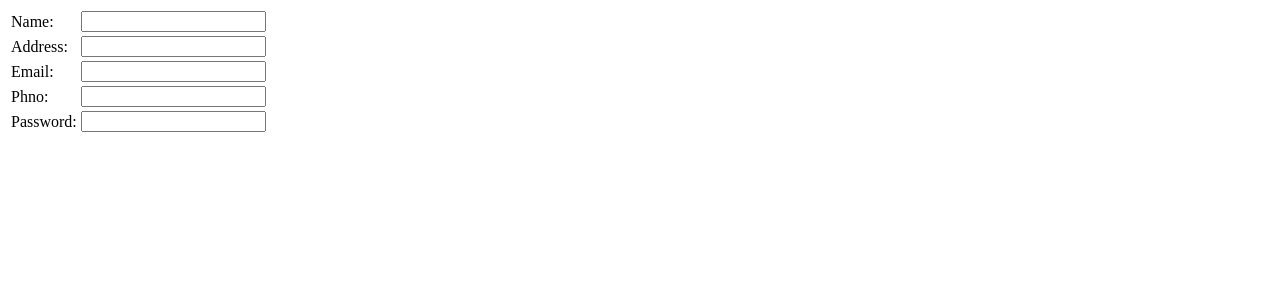
Repository: AjavinashAj/Spring_MVC
Page: http://localhost/UserForm/views/register.jsp
The author's editor kept a copy of each file at every save. The page is drawn from the files as they stood at one save, then again after the next save.
The browser window is 1280 px wide. The pictures show the whole page.
The page is served by Tomcat 9.

Above is the page before, as saved 2023-05-27 03:35:54.

After the next save:
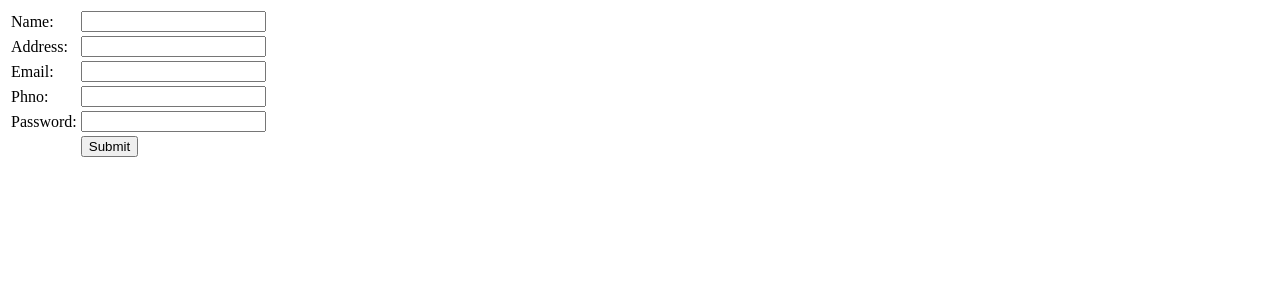
Saved 90 min 23 s later.
--- a/UserForm/src/main/webapp/views/register.jsp
+++ b/UserForm/src/main/webapp/views/register.jsp
@@ -29,6 +29,10 @@
             <td>Password:</td>
             <td><input type="password" name="pwd"></td>
         </tr>
+        <tr>
+            <td></td>
+            <td><input type="submit" value="Submit"></td>
+        </tr>
     </table>
   </form>
 </body>
